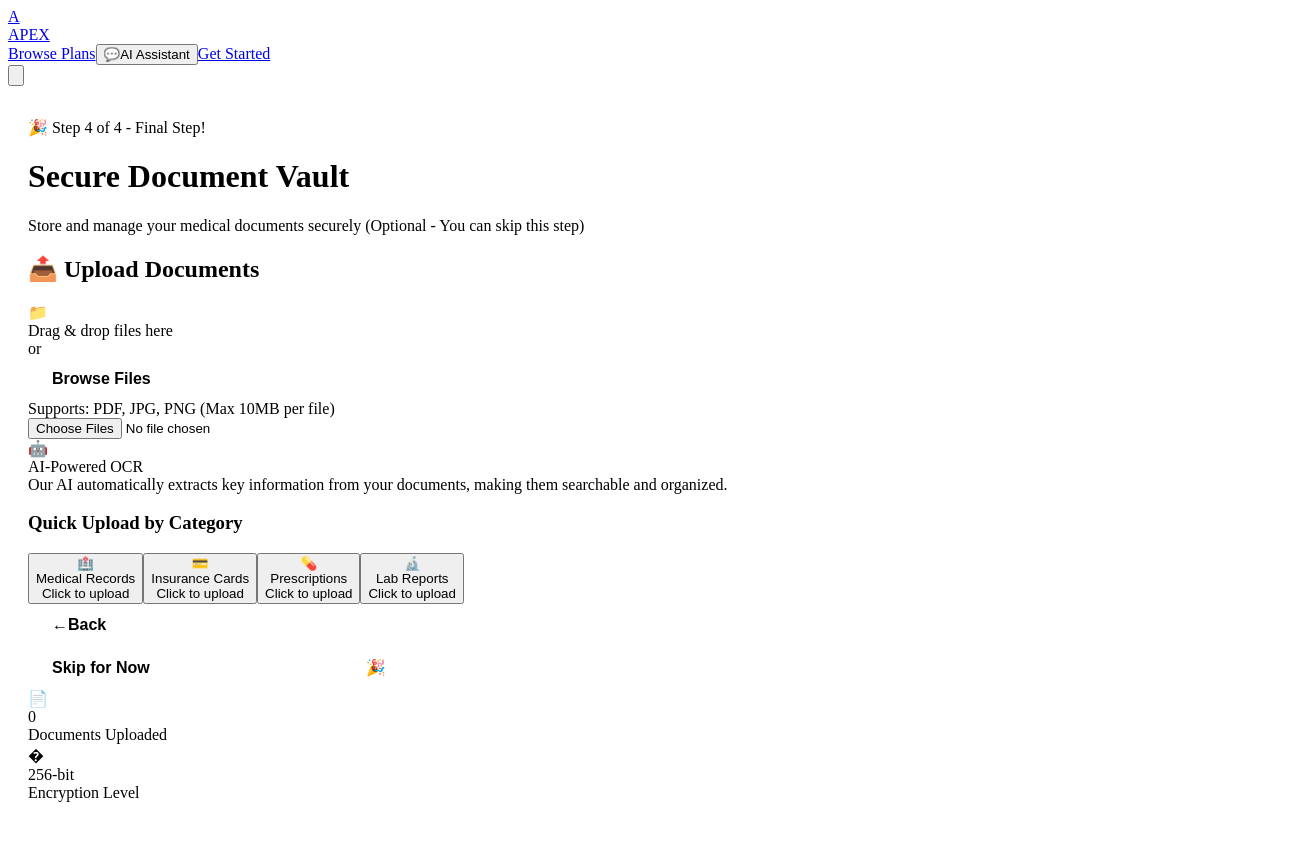
Repository: hmhhmm/Apex-AI-Driven-Insurance-Recommendation-System
Page: /onboarding/documents (app in client/)
These files come from the project's save history. The page is drawn as it stood at one moment and after the next save; the edit follows.
The browser window is 1280 px wide. The page is 1312 px wide, so the pictures cover 1312 px, including what lies to the right of the window. The pictures show the whole page.
The project was rebuilt for these pictures with package versions that can differ from the ones it lists, and the page was loaded fresh each time. Also part of the build but not shown: client/src/components/chat/ChatHeader.tsx, client/src/components/chat/ChatMessages.tsx, client/src/components/chat/QuickActions.tsx, client/src/components/chat/ChatInput.tsx, client/src/components/landing/ParticleBackground.tsx, client/src/components/landing/AnimatedHero.tsx, client/src/components/landing/DashboardCard.tsx, client/src/pages/Landing.tsx and 11 more.

Above is the page before, as saved 2025-11-01 21:07:41.

After the next save:
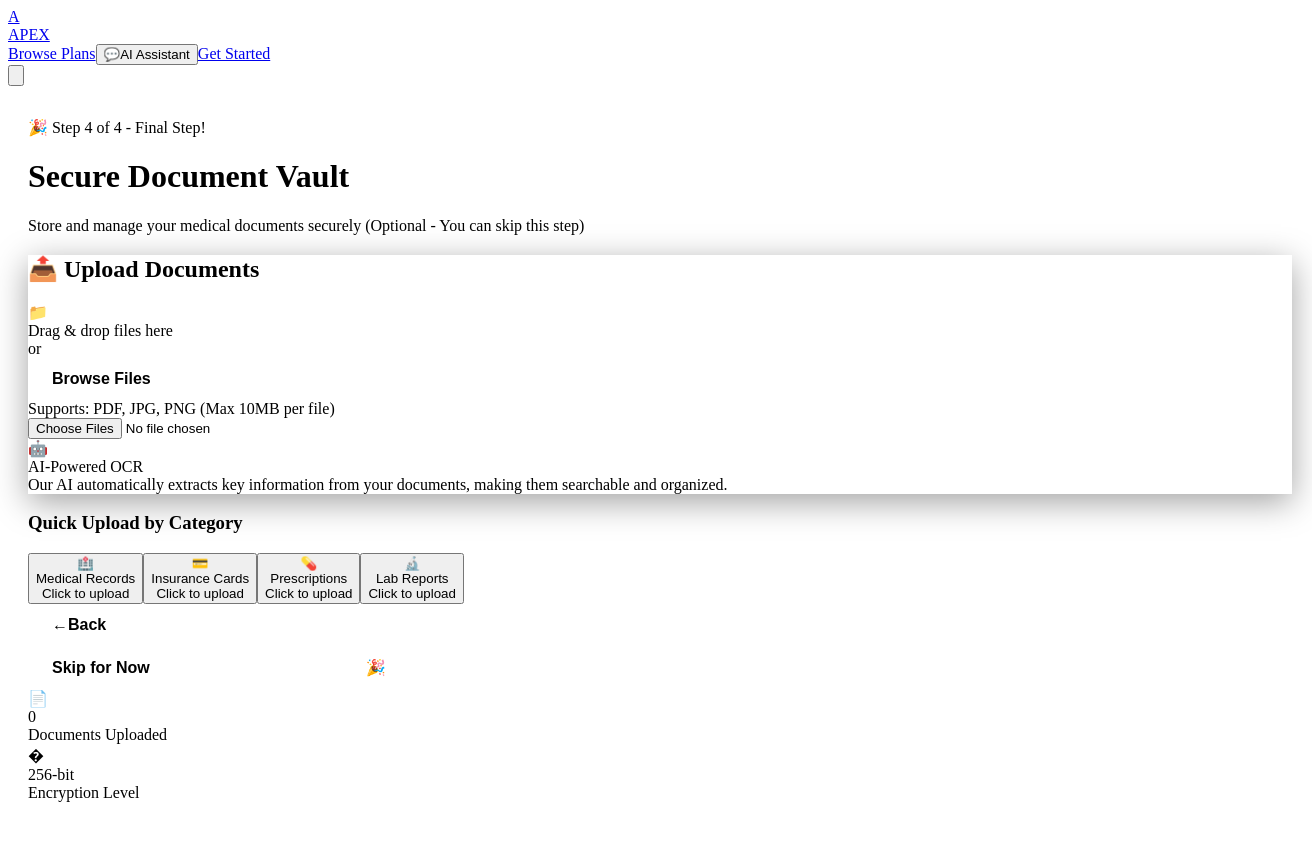
Saved 20 s later.
--- a/client/src/pages/onboarding/DocumentVault/index.tsx
+++ b/client/src/pages/onboarding/DocumentVault/index.tsx
@@ -149,8 +149,8 @@ export default function DocumentVault() {
           className="space-y-6"
         >
               {/* Drag & Drop Zone */}
-              <div className="card">
-                <h2 className="text-2xl font-bold text-white mb-6 flex items-center gap-2">
+              <div className="backdrop-blur-2xl bg-gradient-to-br from-white/[0.07] to-white/[0.02] border border-white/10 rounded-3xl p-8" style={{ boxShadow: '0 8px 32px 0 rgba(0, 0, 0, 0.37)' }}>
+                <h2 className="text-2xl font-light text-white mb-6 flex items-center gap-2">
                   <span>📤</span> Upload Documents
                 </h2>
 
